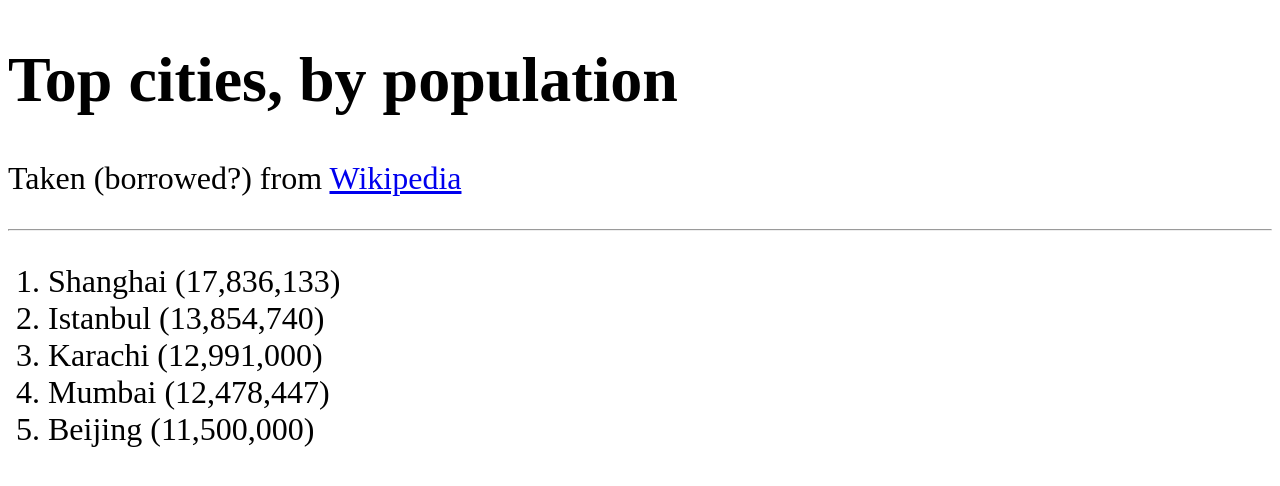
Repository: Sohaib-GO/git-mania
Page: cities.html
An editor plug-in stored every save of this project. The page is shown before and after a run of saves, followed by the edit.
The browser window is 1280 px wide. The pictures show the whole page.

Above is the page before, as saved 2022-12-17 17:00:48.

### cities.html
<!DOCTYPE html>
<html>
<head>
  <title>Git Collab Exercise</title>
  <style type="text/css">
    body {
      font-size: 2.0em;
    }
  </style>
</head>
<body>

  <h1>Top cities, by population</h1>

  <p>
    Taken (borrowed?) from
    <a href="http://en.wikipedia.org/wiki/List_of_cities_proper_by_population" target="_blank">
      Wikipedia
    </a>
  </p>

  <hr/>

  <ol>
    <li>Shanghai (17,836,133)</li>
    <li>Istanbul (13,854,740)</li>
    <li>Karachi  (12,991,000)</li>
    <li>Mumbai   (12,478,447)</li>
    <li>Beijing  (11,500,000)</li>
  </ol>

</body>
</html>

After the next 2 saves:
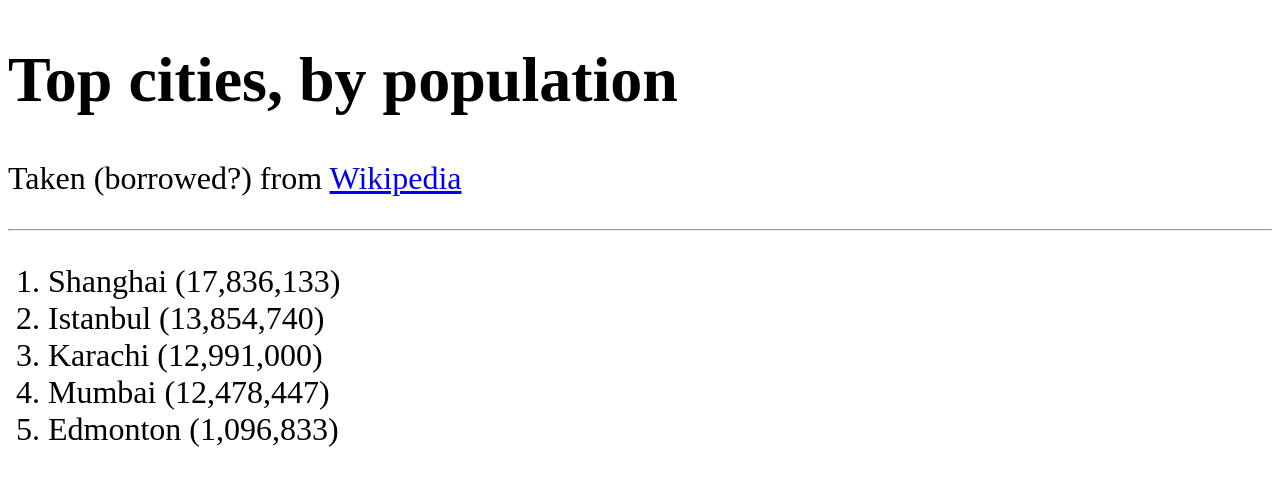
The 2 saves are shown as one change because they came seconds apart.
The last was saved 19 s later.
--- a/cities.html
+++ b/cities.html
@@ -26,7 +26,7 @@
     <li>Istanbul (13,854,740)</li>
     <li>Karachi  (12,991,000)</li>
     <li>Mumbai   (12,478,447)</li>
-    <li>Beijing  (11,500,000)</li>
+    <li>Edmonton (1,096,833)</li>
   </ol>
 
 </body>
